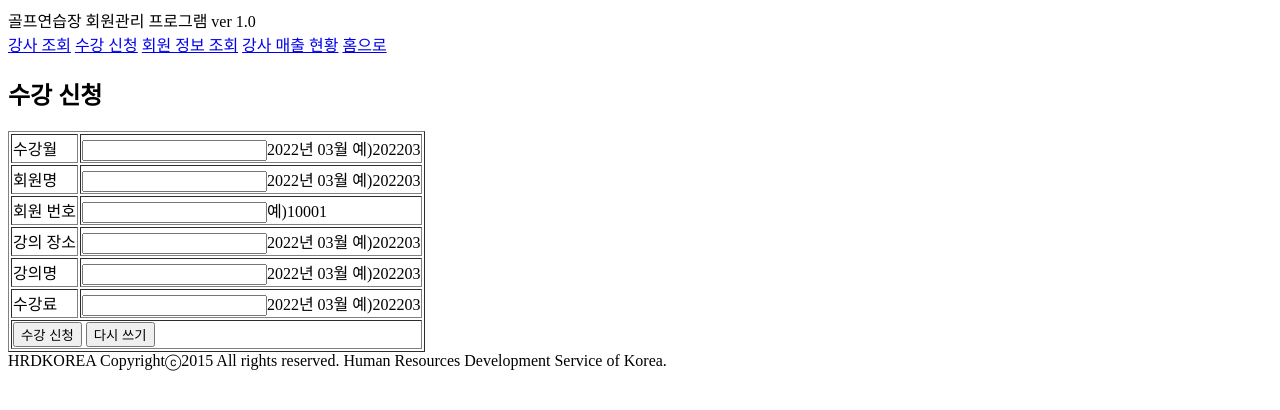
Repository: wwwxsv19/HRDkorea
Page: http://localhost/golf/insert.jsp
These files come from the project's save history. The page is drawn as it stood at one moment and after the next save; the edit follows.
The browser window is 1280 px wide. The pictures show the whole page.
The page is served by Tomcat 9. Queries for data that is not in the repository find no rows.

Above is the page before, as saved 2024-06-25 08:10:57.

### golf/golf/src/main/webapp/insert.jsp
<%@ include file="db.jsp" %>
<%@ page language="java" contentType="text/html; charset=UTF-8"
    pageEncoding="UTF-8"%>
<!DOCTYPE html>
<html>
<head>
	<meta charset="UTF-8">
	<title>insert</title>
	<link rel="stylesheet" href="style.css">
</head>
<body>
<script type="text/javascript" src="check.js"></script>
<jsp:include page="header.jsp"></jsp:include>
<section>
	<h1>수강 신청</h1>
	<form name="frm" action="action.jsp" method="get">
		<table border=1>
			<tr>
				<td>수강월</td>
				<td>
					<input type="text" name="month">2022년 03월 예)202203
				</td>
			</tr>
			<tr>
				<td>회원명</td>
				<td>
					<input type="text" name="month">2022년 03월 예)202203
				</td>
			</tr>
			<tr>
				<td>회원 번호</td>
				<td>
					<input type="text" name="month" readonly>예)10001
				</td>
			</tr>
			<tr>
				<td>강의 장소</td>
				<td>
					<input type="text" name="month">2022년 03월 예)202203
				</td>
			</tr>
			<tr>
				<td>강의명</td>
				<td>
					<input type="text" name="month">2022년 03월 예)202203
				</td>
			</tr>
			<tr>
				<td>수강료</td>
				<td>
					<input type="text" name="month">2022년 03월 예)202203
				</td>
			</tr>
			<tr>
				<td colspan=2>
					<input type="button" value="수강 신청" onclick="check()">
					<input type="button" value="다시 쓰기" onclick="res()">
				</td>
			</tr>
		</table>
	</form>
</section>
<jsp:include page="footer.jsp"></jsp:include>
</body>
</html>

### golf/golf/src/main/webapp/db.jsp
<%@ page import="java.sql.*" %>
<%@ page language="java" contentType="text/html; charset=UTF-8"
    pageEncoding="UTF-8"%>
<%

Class.forName("oracle.jdbc.OracleDriver");
Connection conn = DriverManager.getConnection(
		"jdbc:oracle:thin:@//localhost:1521/xe", "system", "1234");

%>

### golf/golf/src/main/webapp/header.jsp
<%@ include file="db.jsp" %>
<%@ page language="java" contentType="text/html; charset=UTF-8"
    pageEncoding="UTF-8"%>
<!DOCTYPE html>
<html>
<head>
	<meta charset="UTF-8">
</head>
<body>
<header>골프연습장 회원관리 프로그램 ver 1.0</header>
<nav>
	<a href="list.jsp">강사 조회</a>
	<a href="insert.jsp">수강 신청</a>
	<a href="info.jsp">회원 정보 조회</a>
	<a href="money.jsp">강사 매출 현황</a>
	<a href="index.jsp">홈으로</a>
</nav>
</body>
</html>

### golf/golf/src/main/webapp/footer.jsp
<%@ include file="db.jsp" %>
<%@ page language="java" contentType="text/html; charset=UTF-8"
    pageEncoding="UTF-8"%>
<!DOCTYPE html>
<html>
<head>
	<meta charset="UTF-8">
</head>
<body>
<footer>HRDKOREA Copyrightⓒ2015 All rights reserved. Human Resources Development Service of Korea.</footer>
</body>
</html>

Loaded but not shown: golf/golf/src/main/webapp/check.js (no copy from this time; the picture is the same without it); golf/golf/src/main/webapp/style.css (no copy from this time; the picture is the same without it)

After the next save:
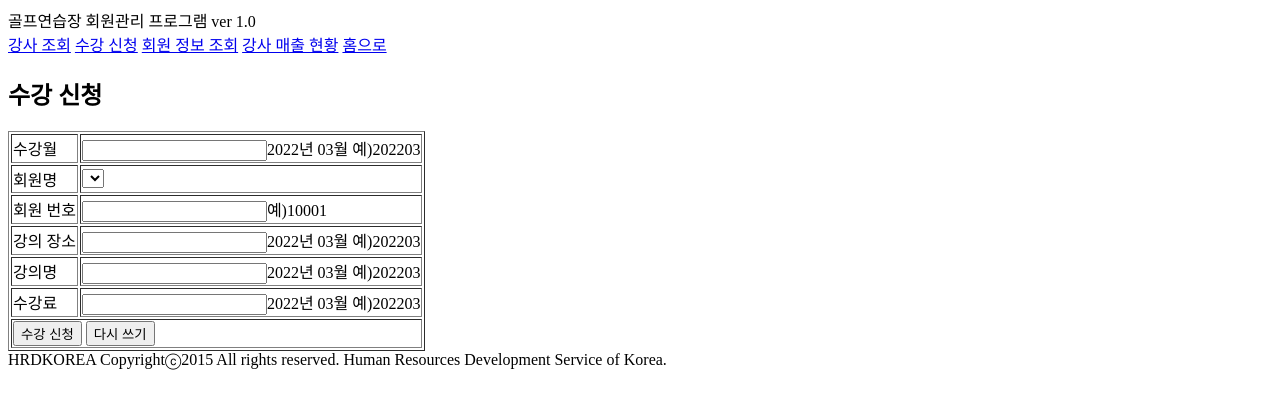
Saved 2 min 6 s later.
--- a/golf/golf/src/main/webapp/insert.jsp
+++ b/golf/golf/src/main/webapp/insert.jsp
@@ -24,7 +24,18 @@
 			<tr>
 				<td>회원명</td>
 				<td>
-					<input type="text" name="month">2022년 03월 예)202203
+					<select name="mname">
+						<%
+						request.setCharacterEncoding("UTF-8");
+						try {
+							PreparedStatement pstmt = conn.prepareStatement("select mno, mname from member");
+							ResultSet rs = pstmt.executeQuery();
+
+						} catch(Exception e) {
+							e.printStackTrace();
+						}
+						%>
+					</select>
 				</td>
 			</tr>
 			<tr>
